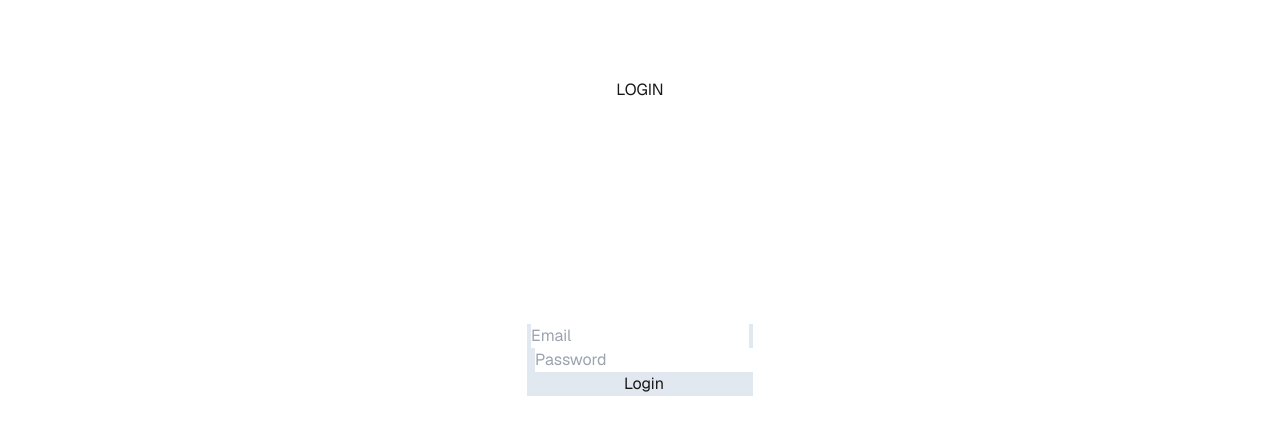
Repository: duresaguye/ethiolostandfound
Page: /login
An editor plug-in stored every save of this project. The page is shown before and after the next save, followed by the edit.
The browser window is 1280 px wide. The pictures show the whole page.
The project was rebuilt for these pictures with package versions that can differ from the ones it lists, and the page was loaded fresh each time. The framework's server and built-in components were replaced by stand-ins that run in the browser. Also part of the build but not shown: next.config.mjs.

Above is the page before, as saved 2025-02-03 02:55:26.

After the next save:
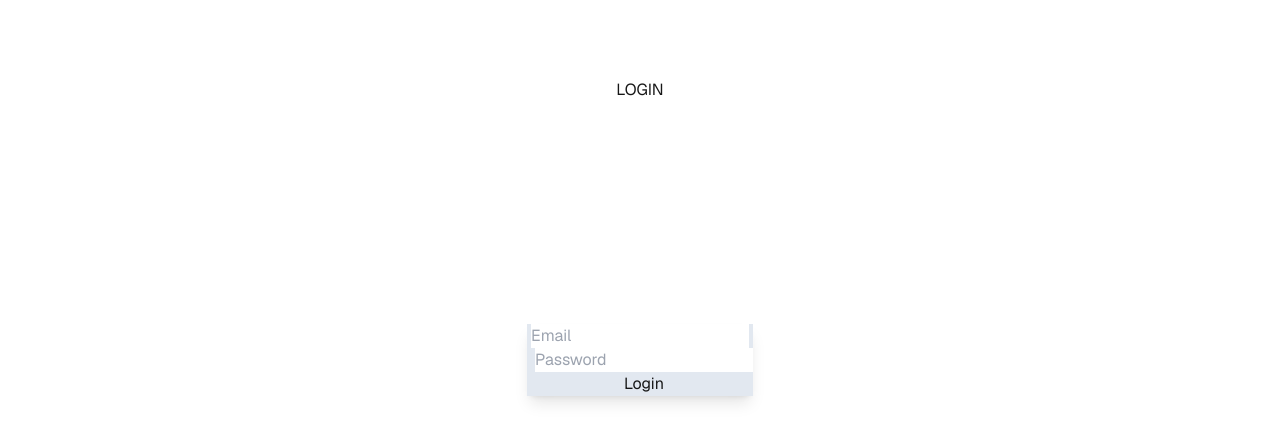
Saved 9 s later.
--- a/src/app/login/page.js
+++ b/src/app/login/page.js
@@ -5,7 +5,7 @@ export default function LoginPage() {
         <div className="grid grid-rows-[20px_1fr_20px] items-center justify-items-center min-h-screen p-8 pb-20 gap-16 sm:p-20 font-[family-name:var(--font-geist-sans)]">
         <h1>LOGIN</h1>
 
-        <form className="flex flex-col justify-center items-center space-x-2 bg-slate-200">
+        <form className="flex flex-col justify-center items-center space-x-2 bg-slate-200 shadow-lg">
             <input type="email" placeholder="Email" />
             <input type="password" placeholder="Password" />
             <button type="submit">Login</button>
